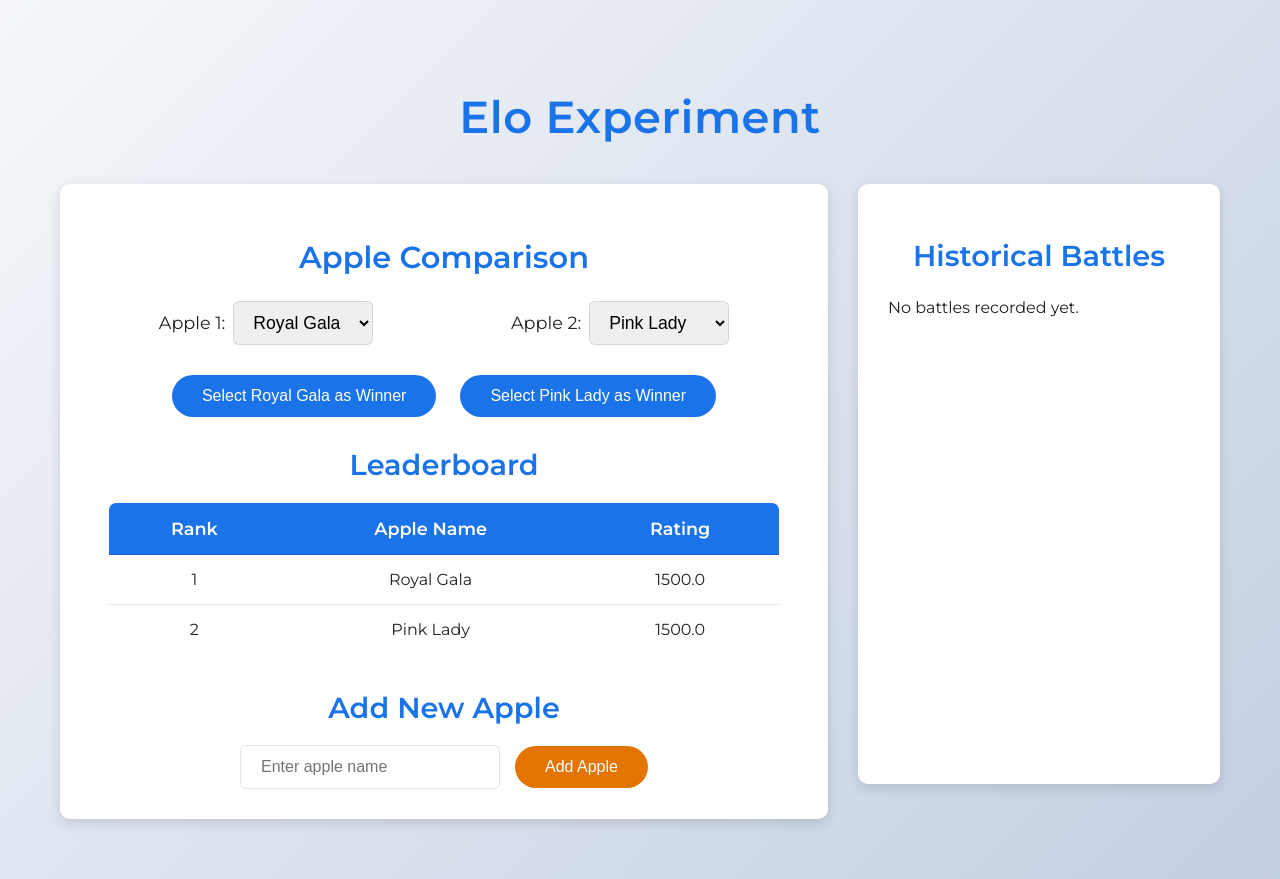
Repository: bpisaneschi/apples_leaderboard
Page: /
The author's editor kept a copy of each file at every save. The page is drawn from the files as they stood at one save, then again after the next save.
The browser window is 1280 px wide. The pictures show the whole page.
The project was rebuilt for these pictures with package versions that can differ from the ones it lists, and the page was loaded fresh each time.

Above is the page before, as saved 2025-02-07 21:40:07.

### public/index.html
<!DOCTYPE html>
<html lang="en">
  <head>
    <meta charset="utf-8" />
    <link rel="icon" href="./favicon.ico" />
    <meta name="viewport" content="width=device-width, initial-scale=1" />
    <meta name="theme-color" content="#000000" />
    <meta name="description" content="Web site created using create-react-app" />
    <link rel="apple-touch-icon" href="./logo192.png" />
    <link rel="manifest" href="./manifest.json" />
    <title>React App</title>
  </head>
  <body>
    <noscript>You need to enable JavaScript to run this app.</noscript>
    <div id="root"></div>
  </body>
</html>

### src/App.js
import React, { useState, useEffect } from 'react';
import './App.css';

function App() {
  // Keys for localStorage
  const STORAGE_KEYS = {
    APPLES: 'appleTastingApples',
    COMPARISONS: 'appleTastingComparisons',
    NEXT_APPLE_ID: 'appleTastingNextAppleId',
  };

  // Default apples: initially only Royal Gala and Pink Lady.
  const defaultApples = {
    A1: { name: 'Royal Gala', rating: 1500 },
    A2: { name: 'Pink Lady', rating: 1500 },
  };

  // Load initial state from localStorage, or use defaults.
  const loadApples = () => {
    const saved = localStorage.getItem(STORAGE_KEYS.APPLES);
    return saved ? JSON.parse(saved) : defaultApples;
  };

  const loadComparisons = () => {
    const saved = localStorage.getItem(STORAGE_KEYS.COMPARISONS);
    return saved ? JSON.parse(saved) : [];
  };

  const loadNextAppleId = () => {
    const saved = localStorage.getItem(STORAGE_KEYS.NEXT_APPLE_ID);
    return saved ? Number(saved) : 3;
  };

  // States
  const [apples, setApples] = useState(loadApples);
  const [comparisons, setComparisons] = useState(loadComparisons);
  const [nextAppleId, setNextAppleId] = useState(loadNextAppleId);
  const [apple1, setApple1] = useState('A1');
  const [apple2, setApple2] = useState('A2');
  const [newAppleName, setNewAppleName] = useState('');

  // Elo parameters
  const K = 32;

  // Expected score function
  const expectedScore = (ratingA, ratingB) => {
    return 1 / (1 + Math.pow(10, (ratingB - ratingA) / 400));
  };

  // This function recalculates all apple ratings from scratch by replaying
  // every battle in the comparisons history.
  const recalculateRatings = (currentComparisons, currentApples) => {
    // Reset every apple's rating to 1500.
    let newRatings = {};
    Object.keys(currentApples).forEach(id => {
      newRatings[id] = 1500;
    });

    // Replay each battle in the order they were recorded.
    currentComparisons.forEach(battle => {
      const { apple1Id, apple2Id, winnerId } = battle;
      const loserId = winnerId === apple1Id ? apple2Id : apple1Id;
      const ratingWinner = newRatings[winnerId];
      const ratingLoser = newRatings[loserId];
      const expWin = expectedScore(ratingWinner, ratingLoser);
      const expLoss = expectedScore(ratingLoser, ratingWinner);
      newRatings[winnerId] = ratingWinner + K * (1 - expWin);
      newRatings[loserId] = ratingLoser + K * (0 - expLoss);
    });

    // Update the apples state with recalculated ratings.
    setApples(prevApples => {
      const updated = { ...prevApples };
      Object.keys(updated).forEach(id => {
        updated[id].rating = newRatings[id];
      });
      return updated;
    });
  };

  // Record a new comparison (battle)
  const recordComparison = (winnerId) => {
    if (apple1 === apple2) {
      alert('Please select two different apples!');
      return;
    }
    const loserId = winnerId === apple1 ? apple2 : apple1;
    // Create the battle record.
    const today = new Date().toLocaleDateString();
    const newBattle = { date: today, apple1Id: apple1, apple2Id: apple2, winnerId: winnerId };
    // Update the comparisons state.
    const newComparisons = [...comparisons, newBattle];
    setComparisons(newComparisons);
    // Update the ratings by replaying all battles.
    recalculateRatings(newComparisons, apples);
  };

  // Add a new apple type.
  const addNewApple = (e) => {
    e.preventDefault();
    if (!newAppleName.trim()) {
      alert('Please enter a valid apple name.');
      return;
    }
    const newId = 'A' + nextAppleId;
    setApples(prev => ({
      ...prev,
      [newId]: { name: newAppleName.trim(), rating: 1500 },
    }));
    setNextAppleId(prev => prev + 1);
    setNewAppleName('');
  };

  // Delete a battle from history and recalc ratings.
  const deleteBattle = (index) => {
    const newComparisons = comparisons.filter((_, idx) => idx !== index);
    setComparisons(newComparisons);
    recalculateRatings(newComparisons, apples);
  };

  // Save to localStorage on changes.
  useEffect(() => {
    localStorage.setItem(STORAGE_KEYS.APPLES, JSON.stringify(apples));
  }, [apples]);

  useEffect(() => {
    localStorage.setItem(STORAGE_KEYS.COMPARISONS, JSON.stringify(comparisons));
  }, [comparisons]);

  useEffect(() => {
    localStorage.setItem(STORAGE_KEYS.NEXT_APPLE_ID, nextAppleId);
  }, [nextAppleId]);

  // Build a sorted leaderboard (highest rating first).
  const leaderboard = Object.entries(apples).sort(
    (a, b) => b[1].rating - a[1].rating
  );

  return (
    <div className="App">
      <header>
        <h1>Elo Experiment</h1>
      </header>

      <div className="main-content">
        <div className="tasting-panel">
          <h2>Apple Comparison</h2>
          <div className="dropdowns">
            <label>
              Apple 1:
              <select value={apple1} onChange={(e) => setApple1(e.target.value)}>
                {Object.entries(apples).map(([id, data]) => (
                  <option key={id} value={id}>
                    {data.name}
                  </option>
                ))}
              </select>
            </label>
            <label>
              Apple 2:
              <select value={apple2} onChange={(e) => setApple2(e.target.value)}>
                {Object.entries(apples).map(([id, data]) => (
                  <option key={id} value={id}>
                    {data.name}
                  </option>
                ))}
              </select>
            </label>
          </div>
          <div className="buttons">
            <button onClick={() => recordComparison(apple1)}>
              Select {apples[apple1].name} as Winner
            </button>
            <button onClick={() => recordComparison(apple2)}>
              Select {apples[apple2].name} as Winner
            </button>
          </div>

          <div className="leaderboard">
            <h2>Leaderboard</h2>
            <table>
              <thead>
                <tr>
                  <th>Rank</th>
                  <th>Apple Name</th>
                  <th>Rating</th>
                </tr>
              </thead>
              <tbody>
                {leaderboard.map(([id, data], index) => (
                  <tr key={id}>
                    <td>{index + 1}</td>
                    <td>{data.name}</td>
                    <td>{data.rating.toFixed(1)}</td>
                  </tr>
                ))}
              </tbody>
            </table>
          </div>

          <div className="add-apple">
            <h2>Add New Apple</h2>
            <form onSubmit={addNewApple}>
              <input
                type="text"
                value={newAppleName}
                onChange={(e) => setNewAppleName(e.target.value)}
                placeholder="Enter apple name"
              />
              <button type="submit">Add Apple</button>
            </form>
          </div>
        </div>

        <aside className="history-panel">
          <h2>Historical Battles</h2>
          {comparisons.length === 0 ? (
            <p>No battles recorded yet.</p>
          ) : (
            <ul>
              {comparisons.map((battle, idx) => {
                const { date, apple1Id, apple2Id, winnerId } = battle;
                return (
                  <li key={idx}>
                    <strong>{date}:</strong> {apples[apple1Id].name} vs. {apples[apple2Id].name} – Winner: {apples[winnerId].name}
                    <button onClick={() => deleteBattle(idx)} style={{ marginLeft: '10px' }}>
                      Delete
                    </button>
                  </li>
                );
              })}
            </ul>
          )}
        </aside>
      </div>
    </div>
  );
}

export default App;

### src/App.css
/* Import a modern font (e.g., Montserrat from Google Fonts) */
@import url('https://fonts.googleapis.com/css2?family=Montserrat:wght@400;600&display=swap');

/* CSS Variables for consistent theming */
:root {
  --primary-color: #1a73e8;
  --secondary-color: #4285f4;
  --accent-color: #e37400;
  --bg-gradient: linear-gradient(135deg, #f5f7fa, #c3cfe2);
  --card-bg: #ffffff;
  --text-color: #202124;
  --border-color: rgba(32, 33, 36, 0.12);
  --box-shadow: 0 4px 12px rgba(32, 33, 36, 0.15);
  --transition-speed: 0.3s;
}

* {
  box-sizing: border-box;
}

body {
  margin: 0;
  background: var(--bg-gradient);
  font-family: 'Montserrat', sans-serif;
  color: var(--text-color);
  overflow-x: hidden;
}

.App {
  max-width: 1200px;
  margin: 40px auto;
  padding: 20px;
}

header {
  text-align: center;
  margin-bottom: 40px;
}

header h1 {
  font-size: 2.8em;
  font-weight: 600;
  color: var(--primary-color);
  margin-bottom: 10px;
  letter-spacing: 0.5px;
}

.main-content {
  display: flex;
  gap: 30px;
  flex-wrap: wrap;
}

/* Card-style panels */
.tasting-panel,
.history-panel {
  background: var(--card-bg);
  border-radius: 10px;
  padding: 30px;
  box-shadow: var(--box-shadow);
  transition: transform var(--transition-speed) ease;
}

.tasting-panel:hover,
.history-panel:hover {
  transform: translateY(-3px);
}

/* Tasting Panel takes 65% width on wider screens */
.tasting-panel {
  flex: 1 1 65%;
}

.tasting-panel h2 {
  text-align: center;
  margin-bottom: 25px;
  color: var(--primary-color);
  font-size: 1.9em;
}

/* Dropdown styling */
.dropdowns {
  display: flex;
  justify-content: space-around;
  margin-bottom: 30px;
}

.dropdowns label {
  font-size: 1.1em;
  font-weight: 500;
}

.dropdowns select {
  margin-left: 8px;
  padding: 10px 15px;
  border: 1px solid var(--border-color);
  border-radius: 6px;
  font-size: 1em;
  outline: none;
  transition: border var(--transition-speed) ease;
}

.dropdowns select:focus {
  border-color: var(--primary-color);
}

/* Button styling */
.buttons {
  text-align: center;
  margin-bottom: 30px;
}

.buttons button {
  padding: 12px 30px;
  margin: 0 12px;
  font-size: 1em;
  border: none;
  border-radius: 50px;
  background: var(--primary-color);
  color: #fff;
  cursor: pointer;
  transition: background var(--transition-speed) ease, transform var(--transition-speed) ease;
}

.buttons button:hover {
  background: var(--secondary-color);
  transform: scale(1.03);
}

/* Leaderboard Styling */
.leaderboard {
  margin-top: 30px;
}

.leaderboard h2 {
  text-align: center;
  margin-bottom: 20px;
  color: var(--primary-color);
  font-size: 1.8em;
}

.leaderboard table {
  margin: 0 auto;
  border-collapse: collapse;
  width: 95%;
  border: 1px solid var(--border-color);
  border-radius: 8px;
  overflow: hidden;
}

.leaderboard th,
.leaderboard td {
  padding: 15px 20px;
  text-align: center;
  border-bottom: 1px solid var(--border-color);
}

.leaderboard th {
  background: var(--primary-color);
  color: #fff;
  font-size: 1.1em;
}

.leaderboard tr:last-child td {
  border-bottom: none;
}

/* Add Apple Section */
.add-apple {
  text-align: center;
  margin-top: 35px;
}

.add-apple h2 {
  margin-bottom: 20px;
  color: var(--primary-color);
  font-size: 1.8em;
}

.add-apple form {
  display: flex;
  justify-content: center;
  align-items: center;
  gap: 15px;
  flex-wrap: wrap;
}

.add-apple input {
  padding: 12px 20px;
  font-size: 1em;
  border: 1px solid var(--border-color);
  border-radius: 6px;
  width: 260px;
  transition: border var(--transition-speed) ease;
}

.add-apple input:focus {
  border-color: var(--primary-color);
  outline: none;
}

.add-apple button {
  padding: 12px 30px;
  font-size: 1em;
  border: none;
  border-radius: 50px;
  background: var(--accent-color);
  color: #fff;
  cursor: pointer;
  transition: background var(--transition-speed) ease, transform var(--transition-speed) ease;
}

.add-apple button:hover {
  background: var(--secondary-color);
  transform: scale(1.03);
}

/* History Panel Styling */
.history-panel {
  flex: 1 1 30%;
  max-height: 600px;
  overflow-y: auto;
}

.history-panel h2 {
  text-align: center;
  margin-bottom: 25px;
  color: var(--primary-color);
  font-size: 1.8em;
}

.history-panel ul {
  list-style: none;
  padding: 0;
  margin: 0;
}

.history-panel li {
  padding: 15px 10px;
  margin-bottom: 15px;
  border-bottom: 1px solid var(--border-color);
  display: flex;
  align-items: center;
  justify-content: space-between;
  transition: background var(--transition-speed) ease;
}

.history-panel li:hover {
  background: #f1f3f4;
}

.history-panel li strong {
  color: var(--primary-color);
}

.history-panel li button {
  background-color: var(--accent-color);
  border: none;
  color: #fff;
  padding: 8px 16px;
  border-radius: 6px;
  font-size: 0.9em;
  cursor: pointer;
  transition: background var(--transition-speed) ease, transform var(--transition-speed) ease;
}

.history-panel li button:hover {
  background-color: var(--secondary-color);
  transform: scale(1.05);
}

/* Responsive adjustments */
@media (max-width: 768px) {
  .main-content {
    flex-direction: column;
  }

  .tasting-panel,
  .history-panel {
    flex: 1 1 100%;
  }
}

Loaded but not shown: src/index.js (common file); src/index.css (common file)

After the next save:
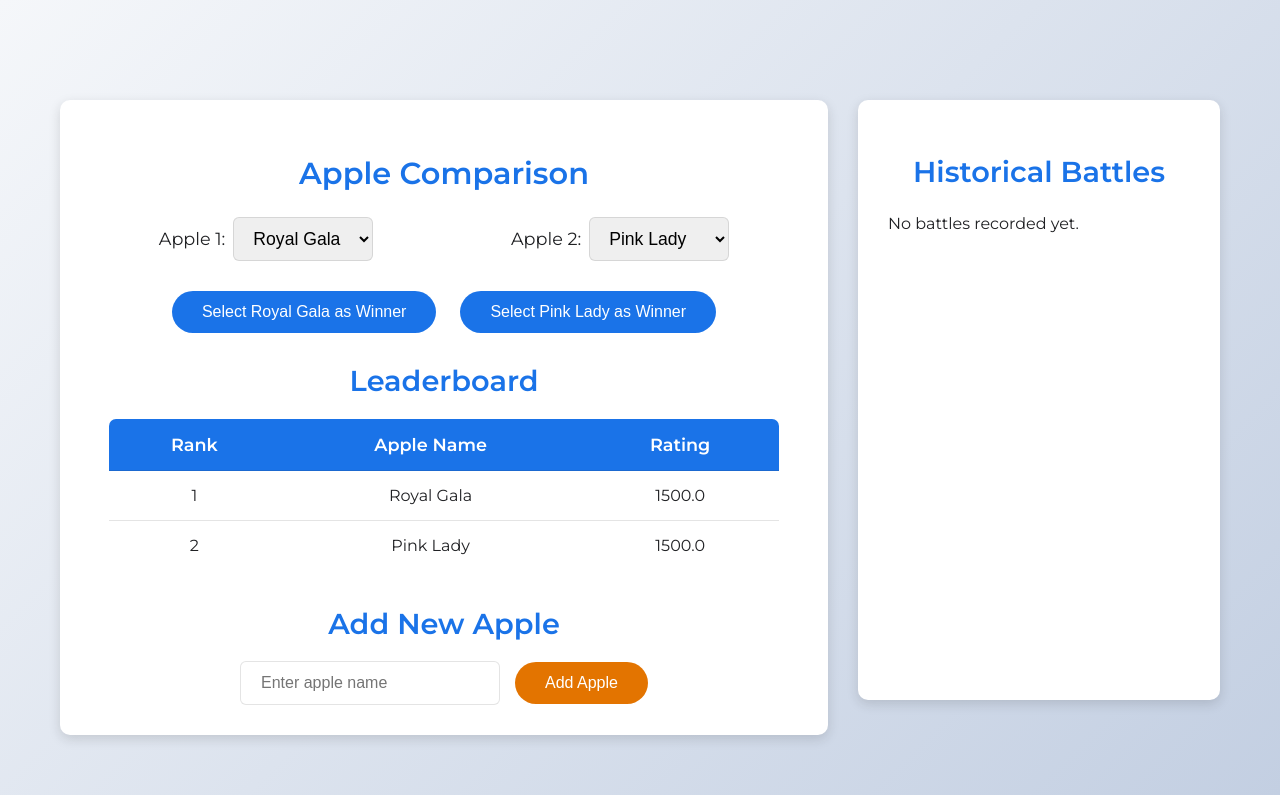
Saved 25 s later.
--- a/src/App.js
+++ b/src/App.js
@@ -139,7 +139,7 @@ function App() {
   return (
     <div className="App">
       <header>
-        <h1>Elo Experiment</h1>
+        {/* <h1>Elo Experiment</h1> */}
       </header>
 
       <div className="main-content">
